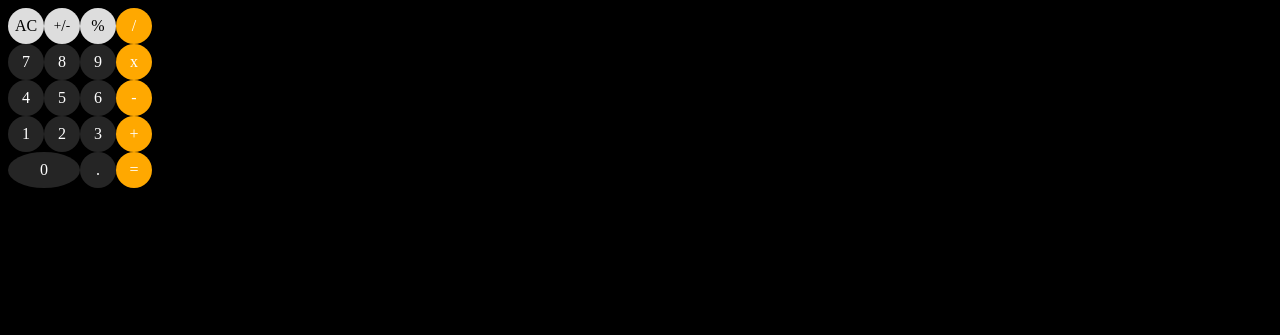
Repository: bombiux/calculadoraJS
Page: index.html
The author's editor kept a copy of each file at every save. The page is drawn from the files as they stood at one save, then again after the next save.
The browser window is 1280 px wide. The pictures show the whole page.

Above is the page before, as saved 2020-08-08 18:32:38.

### index.html
<!DOCTYPE html>
<html lang="en">
<head>
    <meta charset="UTF-8">
    <meta name="viewport" content="width=device-width, initial-scale=1.0">
    <title>Document</title>
    <link rel="stylesheet" href="style.css">
</head>
<body>
    <div class="calculator">
        <div>
            <div class="special">AC</div>
            <div class="special"><sup>+</sup>/<sub>-</sub></div>
            <div class="special">%</div>
            <div class="operator">/</div>
        </div>
        <div>
            <div class="numbers">7</div>
            <div class="numbers">8</div>
            <div class="numbers">9</div>
            <div class="operator">x</div>
        </div>
        <div>
            <div class="numbers">4</div>
            <div class="numbers">5</div>
            <div class="numbers">6</div>
            <div class="operator">-</div>
        </div>
        <div>
            <div class="numbers">1</div>
            <div class="numbers">2</div>
            <div class="numbers">3</div>
            <div class="operator">+</div>
        </div>
        <div>
            <div class="numbers cero">0</div>
            <div class="numbers">.</div>
            <div class="operator">=</div>
        </div>
    </div>
</body>
</html>

### style.css
body {
    background: black;
}

.calculator {
    display: flex;
    flex-direction: column;
}

.calculator > div {
    display: flex;
}

.calculator > div > div {
    width: 5vh;
    height: 5vh;
    border-radius: 50%;
    justify-content: center;
    align-items: center;
    display: flex;
}

.calculator > div > .cero {
    width: 10vh
}

.special {
    background-color: rgb(221, 221, 221)
}

.numbers {
    background-color: rgb(37, 37, 37);
    color: white;
}

.operator {
    background: #ffa800;
    color: white;
}

After the next save:
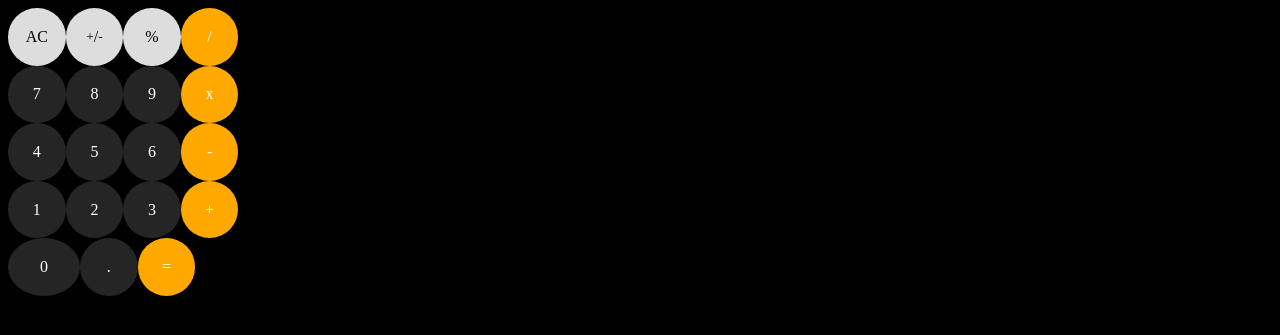
Saved 64 s later.
--- a/style.css
+++ b/style.css
@@ -12,8 +12,8 @@ body {
 }
 
 .calculator > div > div {
-    width: 5vh;
-    height: 5vh;
+    width: 8vh;
+    height: 8vh;
     border-radius: 50%;
     justify-content: center;
     align-items: center;
